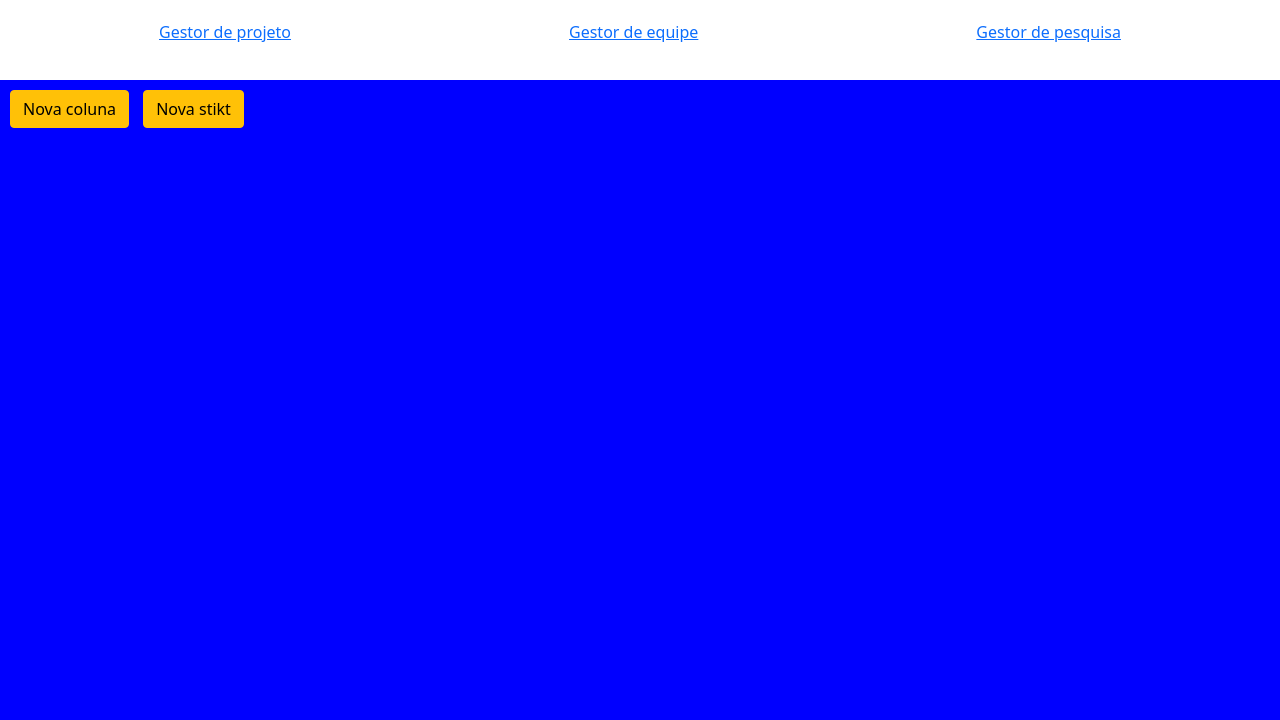
Repository: shadowruge/kanban
Page: index.html
An editor plug-in stored every save of this project. The page is shown before and after a run of saves, followed by the edit.
The browser window is 1280 px wide. The pictures show the whole page.

Above is the page before, as saved 2021-06-12 19:30:18.

After the next 4 saves:
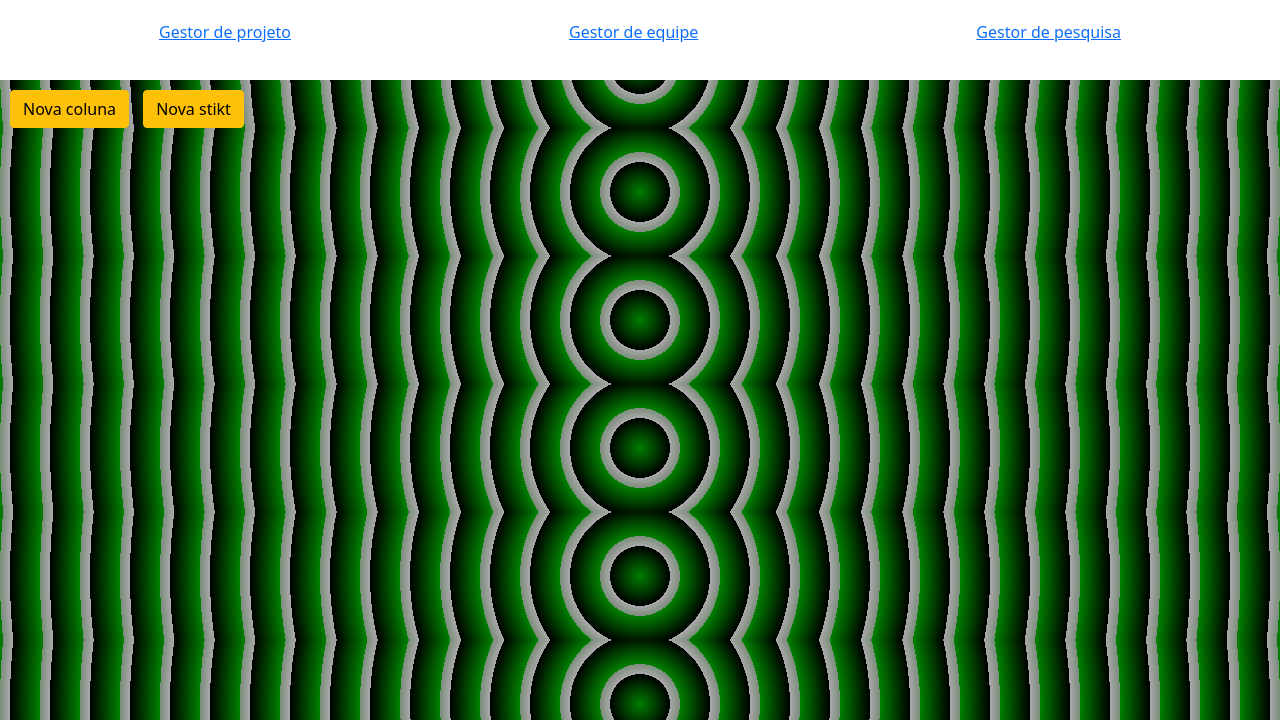
The 4 saves are shown as one change because they came seconds apart.
The last was saved 17 s later.
--- a/style.css
+++ b/style.css
@@ -10,8 +10,8 @@ header{
 
 body{
 
+  background: repeating-radial-gradient(circle, green, black 30px,darkgray 10px, rgb(123, 141, 123) 40px);
 
-  background-color:blue;
 }
 
 #kanban {
